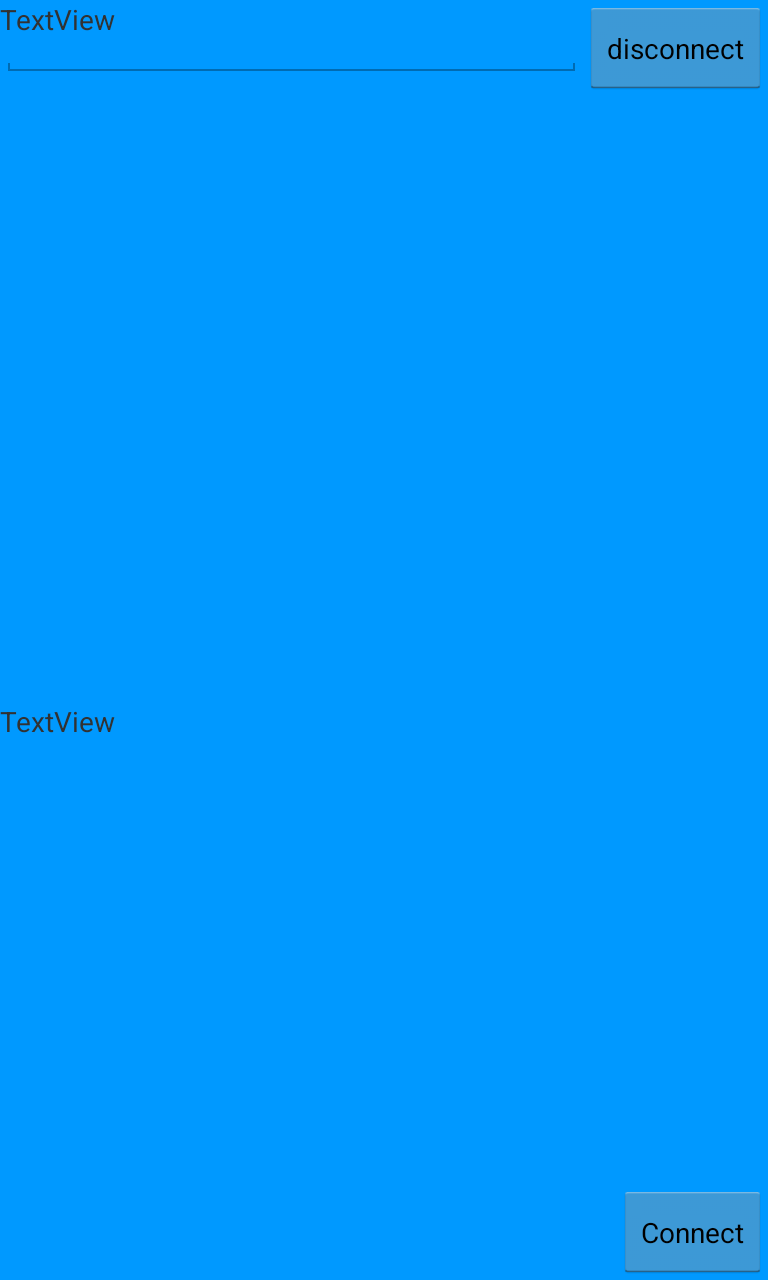
Repository: Clonedpirate/BtSshPwnPI
Layout: HackDroid/res/layout/terminal.xml
An editor plug-in stored every save of this project. The layout is shown before and after the next save, followed by the edit.
It is drawn on a 768 x 1280 px phone screen (xhdpi) without system bars, with theme AppTheme; the app's code is not run.

Above is the layout before, as saved 2014-06-19 10:20:51.

After the next save:
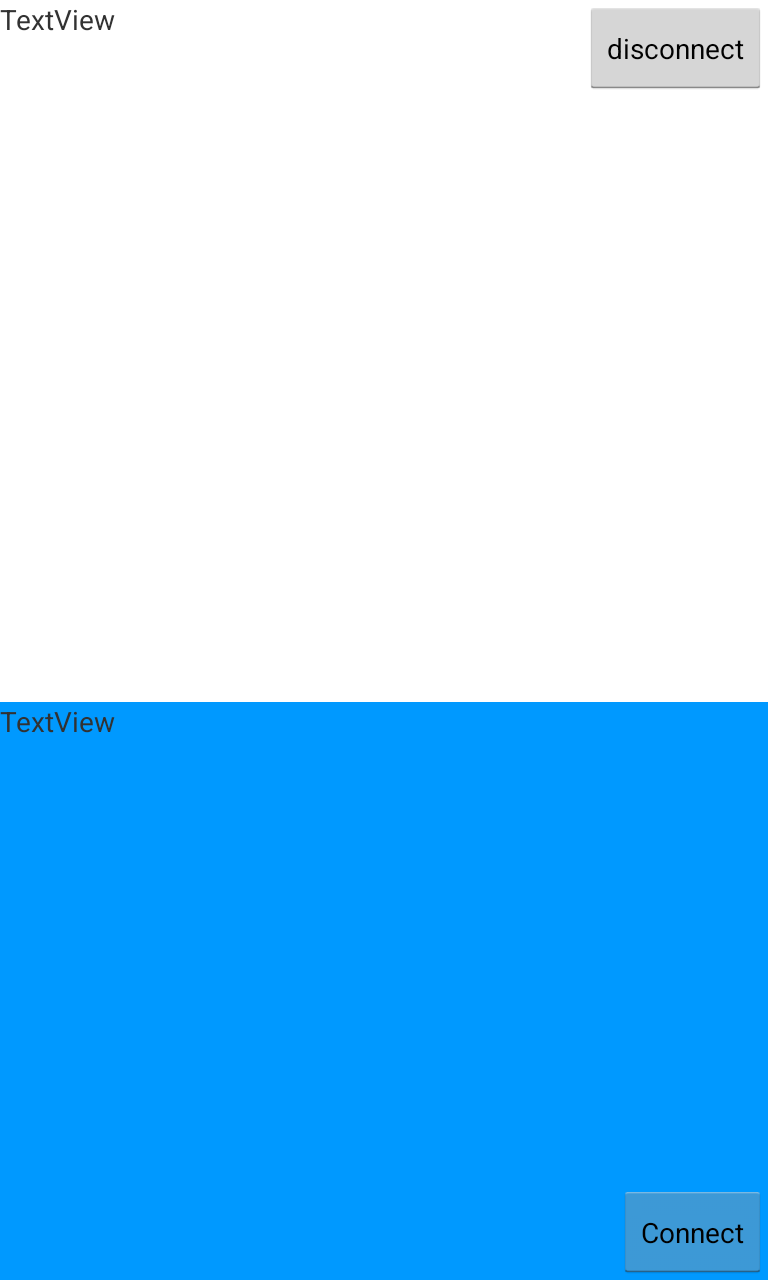
Saved 15 s later.
--- a/HackDroid/res/layout/terminal.xml
+++ b/HackDroid/res/layout/terminal.xml
@@ -22,7 +22,7 @@
         android:text="Connect" />
 
     <TextView
-        android:background="white"
+        android:background="@color/white"
         android:id="@+id/terminal"
         android:layout_width="match_parent"
         android:layout_height="351dp"
